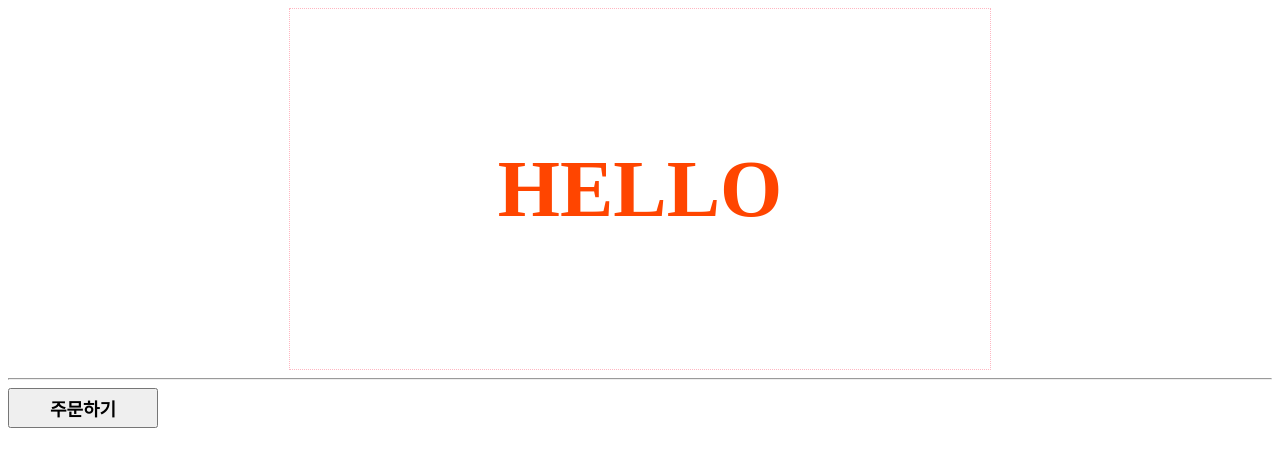
Repository: whgdkfk/web-workspace
Page: BurgerKingProject/src/main/webapp/index.html
An editor plug-in stored every save of this project. The page is shown before and after the next save, followed by the edit.
The browser window is 1280 px wide. The pictures show the whole page.

Above is the page before, as saved 2025-03-07 07:20:40.

### BurgerKingProject/src/main/webapp/index.html
<!DOCTYPE html>
<html>
<head>
<meta charset="UTF-8">
<title>Insert title here</title>
<style>
	h1 {
		color: orangered;
		text-align: center;
		font-size: 80px;
		width: 700px;
		height: 360px;
		border: 1px dotted lightpink;
		margin: auto;
		line-height: 360px;
	}

	button {
		width: 150px;
		height: 40px;
		font-weight: bold;
		font-size: 18px;
	}
</style>
</head>
<body>
	<h1>HELLO</h1>

	<hr>

	<button>주문하기</button>
</body>
</html>

After the next save:
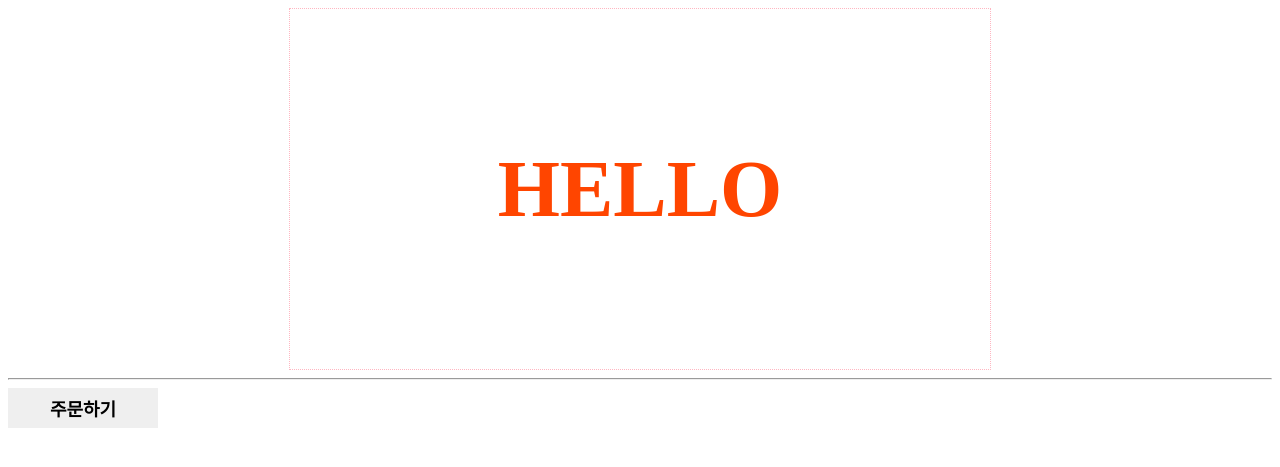
Saved 14 s later.
--- a/BurgerKingProject/src/main/webapp/index.html
+++ b/BurgerKingProject/src/main/webapp/index.html
@@ -20,6 +20,7 @@
 		height: 40px;
 		font-weight: bold;
 		font-size: 18px;
+		border: none;
 	}
 </style>
 </head>
